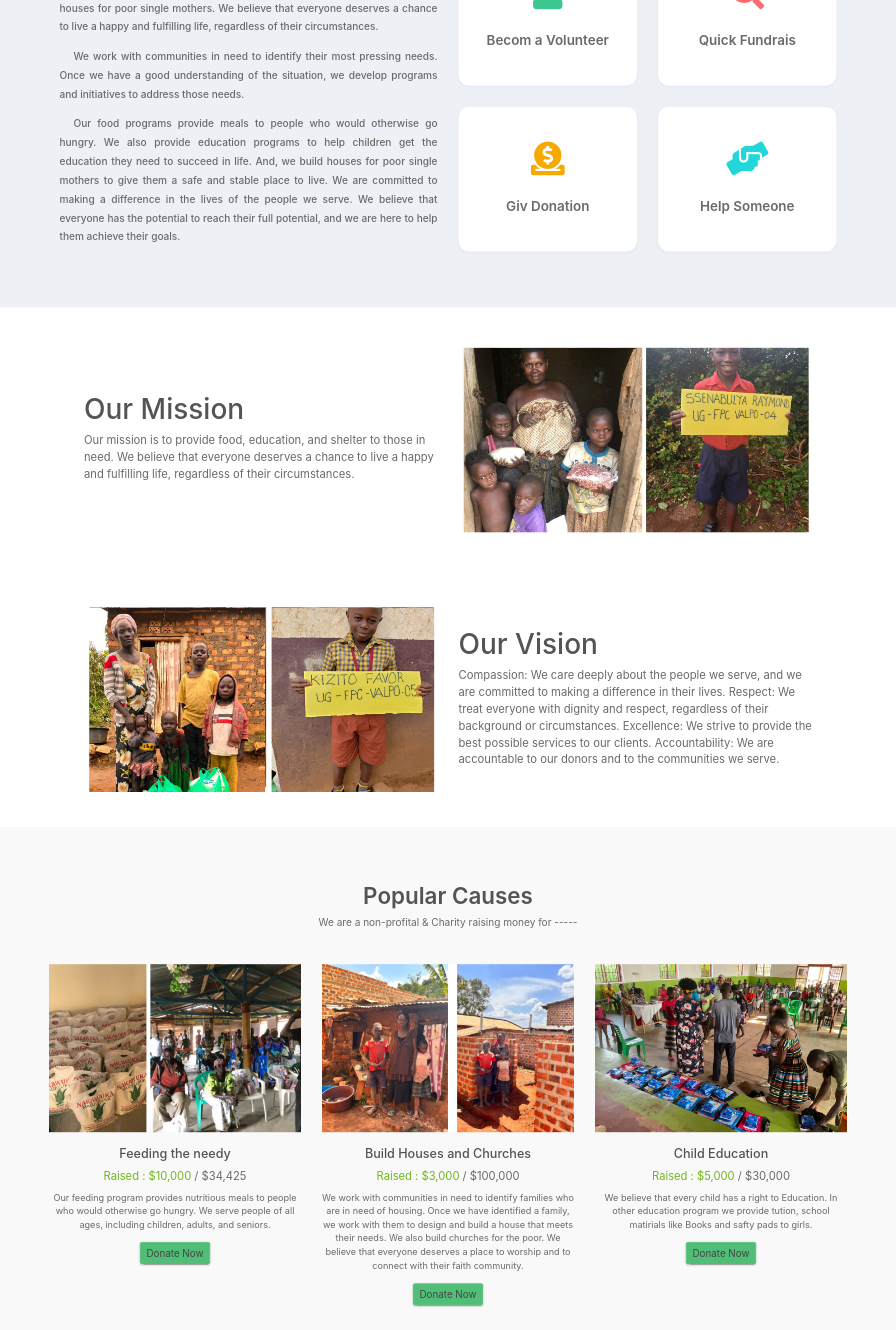
Repository: kluivert-ssali/Zziwa
Page: index.html
These files come from the project's save history. The page is drawn as it stood at one moment and after the next save; the edit follows.
The browser window is 1280 px wide. The pictures show the part of the page from y = 1109 to 3009 px (the page is 5291 px tall before and 5257 px after), at 70% of full size.
Pictures or frames that could not be fetched are drawn as grey boxes. A picture or video elsewhere on the page could not be fetched, so the positions and the page height are approximate. Backgrounds fixed to the window are drawn as part of the page.

Above is the page before, as saved 2023-11-20 21:16:38.

After the next save:
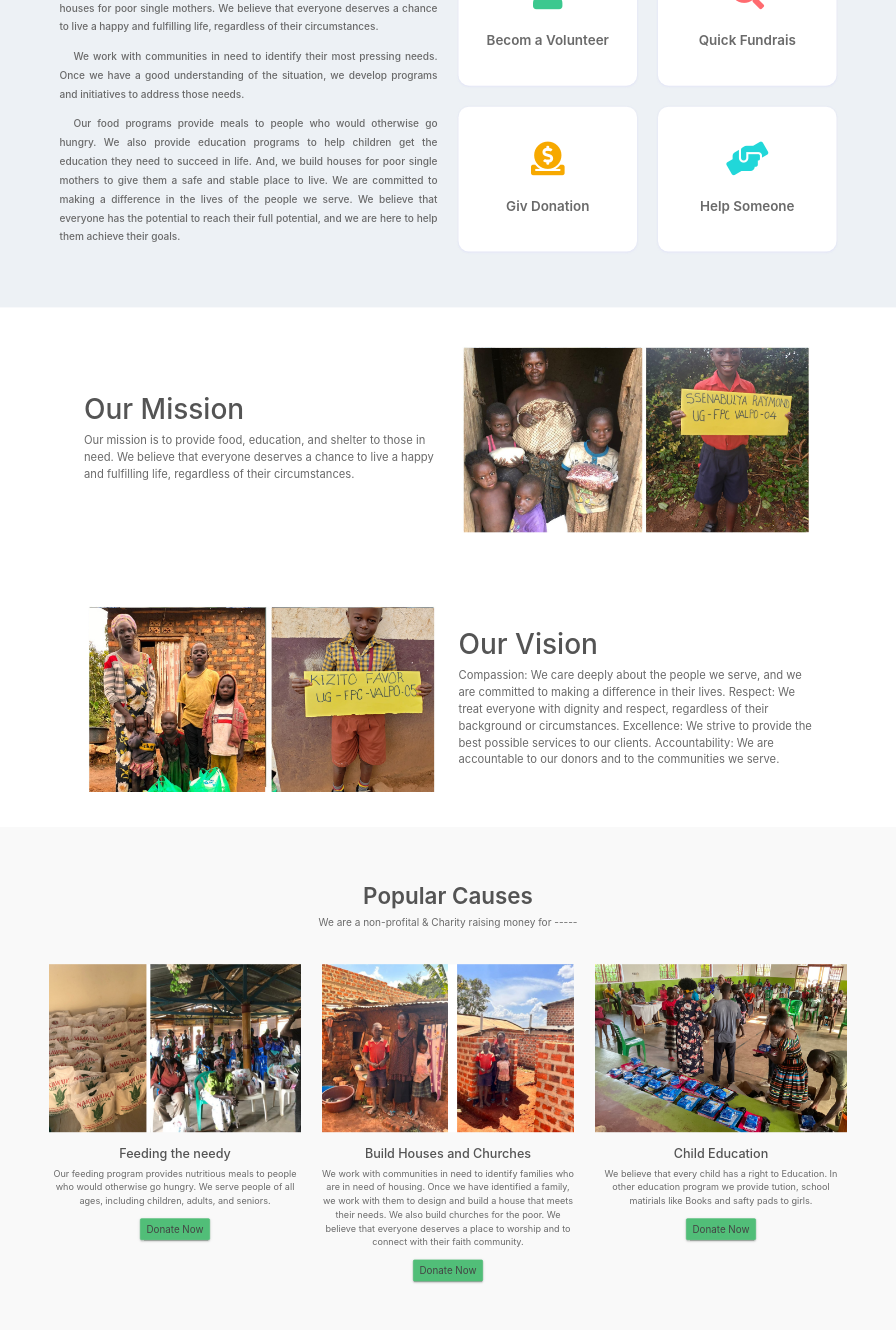
Saved 10 min 21 s later.
--- a/index.html
+++ b/index.html
@@ -292,8 +292,6 @@
             <div class="event-box">
               <img src="assets/images/events/Feeding.png" alt="" />
               <h4>Feeding the needy</h4>
-
-              <p class="raises"><span>Raised : $10,000</span> / $34,425</p>
               <p class="desic">
                 Our feeding program provides nutritious meals to people who
                 would otherwise go hungry. We serve people of all ages,
@@ -312,7 +310,6 @@
             <div class="event-box">
               <img src="assets/images/events/House2.png" alt="" />
               <h4>Build Houses and Churches</h4>
-              <p class="raises"><span>Raised : $3,000</span> / $100,000</p>
               <p class="desic">
                 We work with communities in need to identify families who are in
                 need of housing. Once we have identified a family, we work with
@@ -333,7 +330,6 @@
             <div class="event-box">
               <img src="assets/images/events/payer1.png" alt="" />
               <h4>Child Education</h4>
-              <p class="raises"><span>Raised : $5,000</span> / $30,000</p>
               <p class="desic">
                 We believe that every child has a right to Education. In other
                 education program we provide tution, school matirials like Books
